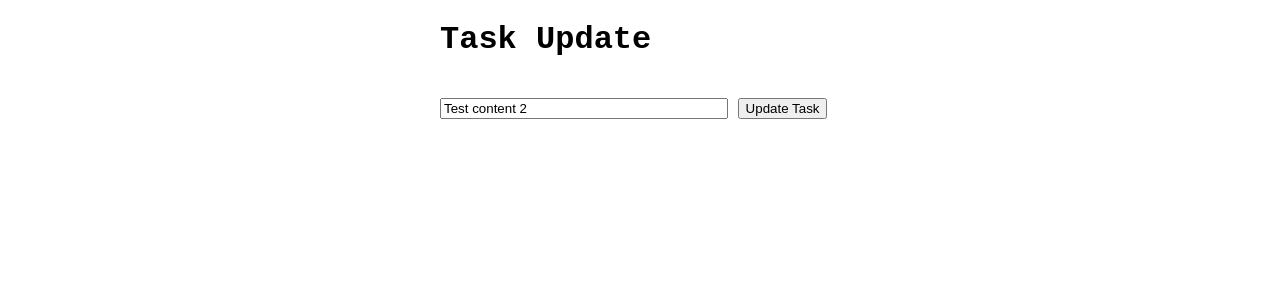
Repository: Mbote-Joseph/Python-Data-Structures
Page: http://localhost/update/1
An editor plug-in stored every save of this project. The page is shown before and after the next save, followed by the edit.
The browser window is 1280 px wide. The pictures show the whole page.
The page is served by the project's application, run on Flask 3 (app.py). The page reads the database file committed with the project.

Above is the page before, as saved 2025-12-10 22:33:43.

After the next save:
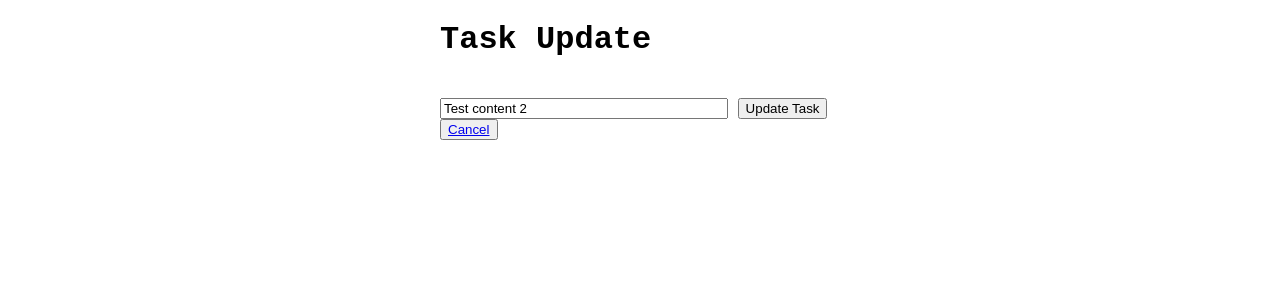
Saved 2 min 7 s later.
--- a/Flask/taskmanager/templates/update.html
+++ b/Flask/taskmanager/templates/update.html
@@ -13,5 +13,7 @@
         <input type="text" name="content" id="content" value= "{{task_to_update.content}}" >
         <input type="submit" value="Update Task">
     </form>
+
+    <button> <a href="/cancel"> Cancel </a> </button>
 </div>
 {% endblock %}
